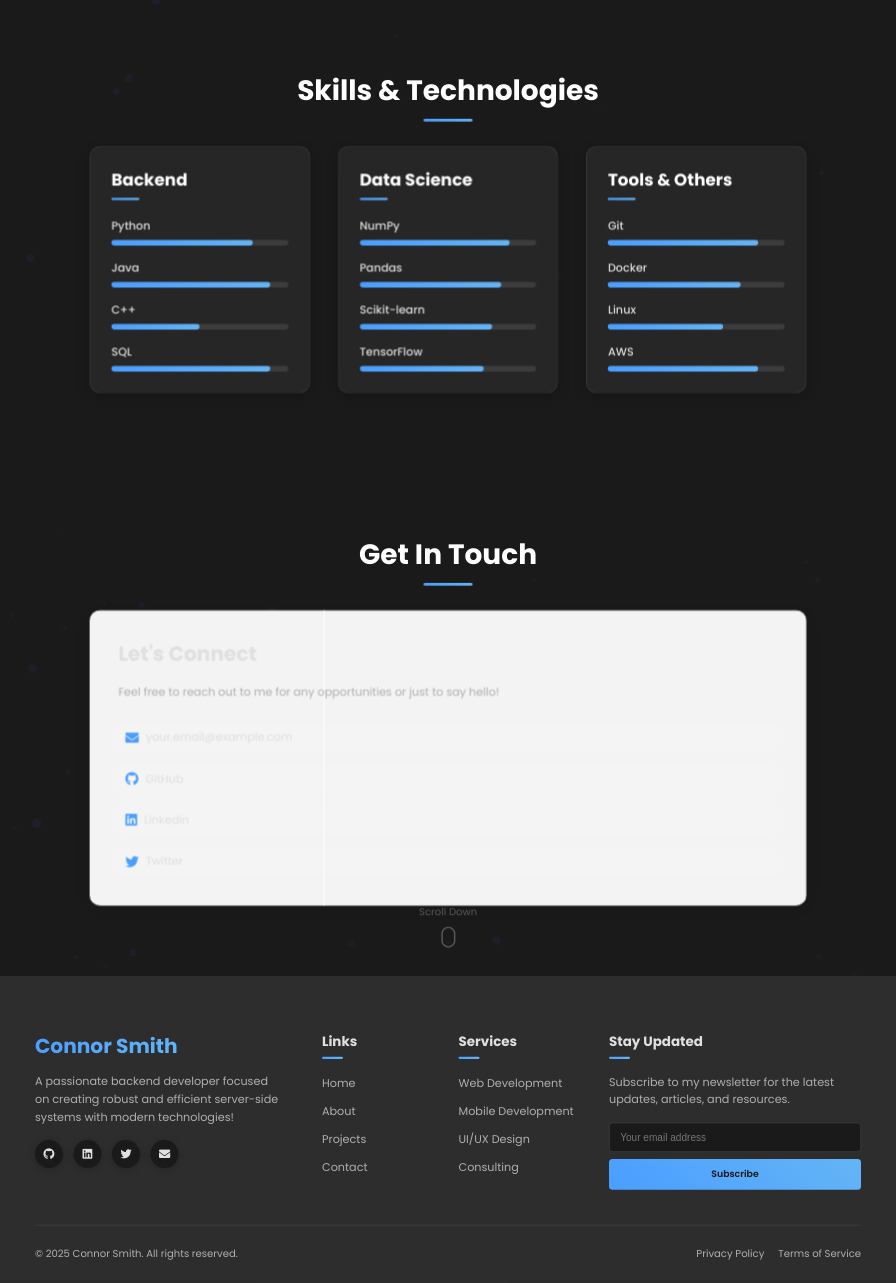
Repository: connorGS9/portfolio-website
Page: /
An editor plug-in stored every save of this project. The page is shown before and after the next save, followed by the edit.
The browser window is 1280 px wide. The pictures show the part of the page from y = 1694 to 3614 px (the page is 3527 px tall before and 3614 px after), at 70% of full size.
The project was rebuilt for these pictures with package versions that can differ from the ones it lists, and the page was loaded fresh each time.

Above is the page before, as saved 2025-06-04 23:07:41.

### public/index.html
<!DOCTYPE html>
<html lang="en">
<head>
  <meta charset="UTF-8" />
  <meta name="viewport" content="width=device-width, initial-scale=1.0" />
  <meta name="description" content="Connor's personal portfolio website showcasing projects and development skills" />
  <title>Connor Smith | Portfolio</title>

  <!-- Font Awesome -->
  <link rel="stylesheet" href="https://cdnjs.cloudflare.com/ajax/libs/font-awesome/5.15.4/css/all.min.css" />

  <!-- Google Fonts -->
  <link rel="preconnect" href="https://fonts.googleapis.com">
  <link rel="preconnect" href="https://fonts.gstatic.com" crossorigin>
  <link href="https://fonts.googleapis.com/css2?family=Poppins:wght@300;400;500;600;700&display=swap" rel="stylesheet">
</head>
<body>
  <noscript>You need to enable JavaScript to run this app.</noscript>
  <div id="root"></div>
</body>
</html>

### src/app.jsx
import React, { useState, useEffect } from 'react';
import { BrowserRouter as Router, Routes, Route } from 'react-router-dom';
import Navbar from './components/Navbar';
import Home from './pages/Home';
import About from './pages/About';
import Projects from './pages/Projects';
import Contact from './pages/Contact';
import Footer from './components/Footer';
import AnimatedCursor from './components/AnimatedCursor';
import BackgroundAnimation from './components/BackgroundAnimation';
import './styles/App.css';

function App() {
  const [isLoading, setIsLoading] = useState(true);

  useEffect(() => {
    // Simulate loading time
    setTimeout(() => {
      setIsLoading(false);
    }, 1500);
  }, []);

  return (
    <Router>
      <div className="app">
        {isLoading ? (
          <div className="loader">
            <div className="loader-content">
              <div className="loader-circle"></div>
              <h2>Loading...</h2>
            </div>
          </div>
        ) : (
          <>
            <AnimatedCursor />
            <BackgroundAnimation />
            <Navbar />
            <main>
              <Routes>
                <Route path="/" element={<Home />} />
                <Route path="/about" element={<About />} />
                <Route path="/projects" element={<Projects />} />
                <Route path="/contact" element={<Contact />} />
              </Routes>
            </main>
            <Footer />
          </>
        )}
      </div>
    </Router>
  );
}

export default App;

### src/components/AnimatedCursor.jsx
import React, { useEffect, useState, useRef } from 'react';
import '../styles/AnimatedCursor.css';

const AnimatedCursor = () => {
  const cursorRef = useRef(null);
  const cursorDotRef = useRef(null);
  const [isVisible, setIsVisible] = useState(false);
  const [isClicked, setIsClicked] = useState(false);
  const [isLinkHovered, setIsLinkHovered] = useState(false);

  useEffect(() => {
    const cursor = cursorRef.current;
    const cursorDot = cursorDotRef.current;

    if (!cursor || !cursorDot) return;

    const onMouseMove = (e) => {
      const clientX = e.clientX;
      const clientY = e.clientY;

      // Position the outer cursor with a slight delay for the trailing effect
      const setPos = () => {
        cursor.style.transform = `translate3d(${clientX}px, ${clientY}px, 0)`;
      };

      // Position the inner dot immediately
      cursorDot.style.transform = `translate3d(${clientX}px, ${clientY}px, 0)`;

      requestAnimationFrame(setPos);

      if (!isVisible) {
        setIsVisible(true);
        cursor.style.opacity = 1;
        cursorDot.style.opacity = 1;
      }
    };

    const onMouseDown = () => {
      setIsClicked(true);
    };

    const onMouseUp = () => {
      setIsClicked(false);
    };

    const onMouseLeave = () => {
      setIsVisible(false);
      cursor.style.opacity = 0;
      cursorDot.style.opacity = 0;
    };

    // Check for interactive elements
    const handleLinkHover = () => {
      setIsLinkHovered(true);
    };

    const handleLinkLeave = () => {
      setIsLinkHovered(false);
    };

    // Add event listeners to links, buttons, and other interactive elements
    const interactiveElements = document.querySelectorAll('a, button, input, textarea, select, [role="button"]');

    interactiveElements.forEach(el => {
      el.addEventListener('mouseenter', handleLinkHover);
      el.addEventListener('mouseleave', handleLinkLeave);
    });

    // Add general mouse event listeners
    document.addEventListener('mousemove', onMouseMove);
    document.addEventListener('mousedown', onMouseDown);
    document.addEventListener('mouseup', onMouseUp);
    document.addEventListener('mouseleave', onMouseLeave);

    // Cleanup
    return () => {
      document.removeEventListener('mousemove', onMouseMove);
      document.removeEventListener('mousedown', onMouseDown);
      document.removeEventListener('mouseup', onMouseUp);
      document.removeEventListener('mouseleave', onMouseLeave);

      interactiveElements.forEach(el => {
        el.removeEventListener('mouseenter', handleLinkHover);
        el.removeEventListener('mouseleave', handleLinkLeave);
      });
    };
  }, [isVisible, isClicked, isLinkHovered]);

  return (
    <>
      <div
        ref={cursorRef}
        className={`cursor ${isClicked ? 'cursor--clicked' : ''} ${isLinkHovered ? 'cursor--link-hovered' : ''}`}
      />
      <div
        ref={cursorDotRef}
        className={`cursor-dot ${isClicked ? 'cursor-dot--clicked' : ''} ${isLinkHovered ? 'cursor-dot--link-hovered' : ''}`}
      />
    </>
  );
};

export default AnimatedCursor;

### src/components/BackgroundAnimation.jsx
import React, { useEffect, useRef } from 'react';
import '../styles/BackgroundAnimation.css';

const BackgroundAnimation = () => {
  const canvasRef = useRef(null);

  useEffect(() => {
    const canvas = canvasRef.current;
    const ctx = canvas.getContext('2d');
    let animationFrameId;
    let particles = [];

    // Particle class
    class Particle {
      constructor() {
        this.x = Math.random() * canvas.width;
        this.y = Math.random() * canvas.height;
        this.size = Math.random() * 3 + 1;
        this.speedX = Math.random() * 0.5 - 0.25;
        this.speedY = Math.random() * 0.5 - 0.25;
        this.color = `rgba(74, 158, 255, ${Math.random() * 0.2 + 0.1})`;
      }

      update() {
        this.x += this.speedX;
        this.y += this.speedY;

        if (this.x < 0 || this.x > canvas.width) this.speedX *= -1;
        if (this.y < 0 || this.y > canvas.height) this.speedY *= -1;
      }

      draw() {
        ctx.fillStyle = this.color;
        ctx.beginPath();
        ctx.arc(this.x, this.y, this.size, 0, Math.PI * 2);
        ctx.fill();
      }
    }

    // Set canvas dimensions
    const resizeCanvas = () => {
      canvas.width = window.innerWidth;
      canvas.height = window.innerHeight;
      initParticles();
    };

    window.addEventListener('resize', resizeCanvas);
    resizeCanvas();

    // Initialize particles
    function initParticles() {
      particles = [];
      const particleCount = Math.floor((canvas.width * canvas.height) / 15000);

      for (let i = 0; i < particleCount; i++) {
        particles.push(new Particle());
      }
    }

    // Connect particles with lines
    function connectParticles() {
      const maxDistance = 150;

      for (let i = 0; i < particles.length; i++) {
        for (let j = i; j < particles.length; j++) {
          const dx = particles[i].x - particles[j].x;
          const dy = particles[i].y - particles[j].y;
          const distance = Math.sqrt(dx * dx + dy * dy);

          if (distance < maxDistance) {
            const opacity = 1 - (distance / maxDistance);
            ctx.strokeStyle = `rgba(74, 158, 255, ${opacity * 0.2})`;
            ctx.lineWidth = 1;
            ctx.beginPath();
            ctx.moveTo(particles[i].x, particles[i].y);
            ctx.lineTo(particles[j].x, particles[j].y);
            ctx.stroke();
          }
        }
      }
    }

    // Animation loop
    function animate() {
      ctx.clearRect(0, 0, canvas.width, canvas.height);

      for (let i = 0; i < particles.length; i++) {
        particles[i].update();
        particles[i].draw();
      }

      connectParticles();
      animationFrameId = requestAnimationFrame(animate);
    }

    animate();

    // Cleanup
    return () => {
      window.removeEventListener('resize', resizeCanvas);
      cancelAnimationFrame(animationFrameId);
    };
  }, []);

  return (
    <div className="background-animation">
      <canvas ref={canvasRef}></canvas>
    </div>
  );
};

export default BackgroundAnimation;

### src/styles/App.css
@import url('https://fonts.googleapis.com/css2?family=Poppins:wght@300;400;500;600;700&display=swap');
@import url('https://cdnjs.cloudflare.com/ajax/libs/font-awesome/5.15.4/css/all.min.css');

:root {
  --primary-color: #4a9eff;
  --secondary-color: #64b5f6;
  --dark-color: #1a1a1a;
  --light-color: #2d2d2d;
  --text-color: #e0e0e0;
  --light-text-color: #b0b0b0;
  --border-color: #404040;
  --box-shadow: 0 5px 20px rgba(0, 0, 0, 0.3);
  --transition: all 0.3s ease;
}

* {
  margin: 0;
  padding: 0;
  box-sizing: border-box;
}

html {
  scroll-behavior: smooth;
}

body {
  font-family: 'Poppins', sans-serif;
  color: var(--text-color);
  line-height: 1.5;
  background-color: var(--dark-color);
  overflow-x: hidden;
}

a {
  text-decoration: none;
  color: inherit;
}

img {
  max-width: 100%;
  height: auto;
}

button {
  cursor: pointer;
  font-family: inherit;
}

/* Common classes */
.section {
  padding: 100px 10%;
}

.container {
  max-width: 1400px;
  margin: 0 auto;
  padding: 0 50px;
}

.gradient-text {
  background: linear-gradient(120deg, var(--primary-color), var(--secondary-color));
  background-clip: text;
  -webkit-background-clip: text;
  -webkit-text-fill-color: transparent;
  color: transparent;
}

.gradient-bg {
  background: linear-gradient(45deg, var(--primary-color), var(--secondary-color));
}

.btn {
  display: inline-block;
  padding: 12px 30px;
  border-radius: 30px;
  font-weight: 600;
  text-decoration: none;
  transition: var(--transition);
  position: relative;
  overflow: hidden;
  z-index: 1;
}

.btn-primary {
  background: linear-gradient(45deg, var(--primary-color), var(--secondary-color));
  color: white;
  box-shadow: 0 5px 15px rgba(110, 114, 252, 0.4);
}

.btn-secondary {
  background: transparent;
  color: var(--dark-color);
  border: 2px solid var(--primary-color);
}

.btn:hover {
  transform: translateY(-3px);
  box-shadow: 0 8px 20px rgba(0, 0, 0, 0.2);
}

.btn-primary:hover {
  background: linear-gradient(45deg, #5a5cfa, #9b19d9);
}

.btn-secondary:hover {
  background: rgba(110, 114, 252, 0.1);
}

/* Loading Animation */
.loader {
  position: fixed;
  top: 0;
  left: 0;
  width: 100%;
  height: 100%;
  background-color: var(--dark-color);
  display: flex;
  justify-content: center;
  align-items: center;
  z-index: 1000;
}

.loader-content {
  display: flex;
  flex-direction: column;
  align-items: center;
}

.loader-circle {
  width: 60px;
  height: 60px;
  border: 4px solid var(--light-color);
  border-top: 4px solid var(--primary-color);
  border-radius: 50%;
  animation: spin 1s linear infinite;
  margin-bottom: 20px;
}

@keyframes spin {
  0% { transform: rotate(0deg); }
  100% { transform: rotate(360deg); }
}

.loader h2 {
  color: var(--primary-color);
  font-size: 1.5rem;
  font-weight: 500;
}

/* Main Content Styles */
main {
  min-height: 100vh;
  padding-top: 80px; /* For fixed navbar */
}

/* Responsive Styles */
@media (max-width: 992px) {
  .container {
    padding: 0 30px;
  }

  .section {
    padding: 80px 5%;
  }
}

@media (max-width: 768px) {
  .container {
    padding: 0 20px;
  }

  .section {
    padding: 60px 5%;
  }

  .btn {
    padding: 10px 25px;
  }
}

@media (max-width: 480px) {
  .section {
    padding: 50px 5%;
  }

  h1, h2, h3 {
    font-size: 90%;
  }

  .btn {
    padding: 8px 20px;
    font-size: 0.9rem;
  }
}

### src/styles/Footer.css
.footer {
    background-color: var(--light-color);
    padding: 80px 0 30px;
    position: relative;
  }

  .footer__container {
    max-width: 1400px;
    margin: 0 auto;
    padding: 0 50px;
  }

  .footer__top {
    display: grid;
    grid-template-columns: 1fr 1fr 1fr;
    gap: 50px;
    margin-bottom: 50px;
  }

  .footer__info {
    max-width: 350px;
  }

  .footer__logo {
    font-size: 1.8rem;
    font-weight: 700;
    color: var(--text-color);
    text-decoration: none;
    background: linear-gradient(120deg, var(--primary-color), var(--secondary-color));
    background-clip: text;
    -webkit-background-clip: text;
    -webkit-text-fill-color: transparent;
    color: transparent;
    display: inline-block;
    margin-bottom: 15px;
  }

  .footer__description {
    color: var(--light-text-color);
    line-height: 1.6;
    margin-bottom: 20px;
  }

  .footer__social {
    display: flex;
    gap: 15px;
  }

  .footer__social a {
    display: flex;
    align-items: center;
    justify-content: center;
    width: 40px;
    height: 40px;
    background-color: var(--dark-color);
    border-radius: 50%;
    color: var(--text-color);
    transition: all 0.3s ease;
    box-shadow: 0 2px 10px rgba(0, 0, 0, 0.2);
  }

  .footer__social a:hover {
    background: linear-gradient(120deg, var(--primary-color), var(--secondary-color));
    color: var(--dark-color);
    transform: translateY(-3px);
    box-shadow: 0 5px 15px rgba(74, 158, 255, 0.4);
  }

  .footer__links {
    display: grid;
    grid-template-columns: repeat(2, 1fr);
    gap: 30px;
  }

  .footer__links-title {
    font-size: 1.2rem;
    margin-bottom: 20px;
    color: var(--text-color);
    position: relative;
    padding-bottom: 10px;
  }

  .footer__links-title::after {
    content: '';
    position: absolute;
    bottom: 0;
    left: 0;
    width: 30px;
    height: 3px;
    background: linear-gradient(120deg, var(--primary-color), var(--secondary-color));
    border-radius: 1.5px;
  }

  .footer__links-list {
    list-style: none;
    padding: 0;
    margin: 0;
  }

  .footer__links-list li {
    margin-bottom: 10px;
  }

  .footer__links-list a {
    color: var(--light-text-color);
    text-decoration: none;
    transition: color 0.3s ease;
    display: inline-block;
    padding: 3px 0;
  }

  .footer__links-list a:hover {
    color: var(--primary-color);
  }

  .footer__newsletter-title {
    font-size: 1.2rem;
    margin-bottom: 20px;
    color: var(--text-color);
    position: relative;
    padding-bottom: 10px;
  }

  .footer__newsletter-title::after {
    content: '';
    position: absolute;
    bottom: 0;
    left: 0;
    width: 30px;
    height: 3px;
    background: linear-gradient(120deg, var(--primary-color), var(--secondary-color));
    border-radius: 1.5px;
  }

  .footer__newsletter-description {
    color: var(--light-text-color);
    line-height: 1.6;
    margin-bottom: 20px;
  }

  .footer__newsletter-form {
    display: flex;
    flex-direction: column;
    gap: 10px;
  }

  .footer__newsletter-input {
    padding: 12px 15px;
    border-radius: 5px;
    border: 1px solid var(--border-color);
    background-color: var(--dark-color);
    color: var(--text-color);
    font-size: 0.9rem;
    outline: none;
    transition: border-color 0.3s ease;
  }

  .footer__newsletter-input:focus {
    border-color: var(--primary-color);
  }

  .footer__newsletter-button {
    background: linear-gradient(45deg, var(--primary-color), var(--secondary-color));
    color: var(--dark-color);
    border: none;
    border-radius: 5px;
    padding: 12px 20px;
    font-weight: 600;
    cursor: pointer;
    transition: all 0.3s ease;
  }

  .footer__newsletter-button:hover {
    transform: translateY(-3px);
    box-shadow: 0 5px 15px rgba(74, 158, 255, 0.4);
  }

  .footer__bottom {
    display: flex;
    justify-content: space-between;
    align-items: center;
    padding-top: 30px;
    border-top: 1px solid var(--border-color);
  }

  .footer__copyright {
    color: var(--light-text-color);
    font-size: 0.9rem;
  }

  .footer__bottom-links {
    display: flex;
    gap: 20px;
  }

  .footer__bottom-links a {
    color: var(--light-text-color);
    font-size: 0.9rem;
    text-decoration: none;
    transition: color 0.3s ease;
  }

  .footer__bottom-links a:hover {
    color: var(--primary-color);
  }

  /* Responsive Styles */
  @media (max-width: 992px) {
    .footer__container {
      padding: 0 30px;
    }

    .footer__top {
      grid-template-columns: 1fr 1fr;
    }

    .footer__newsletter {
      grid-column: span 2;
    }
  }

  @media (max-width: 768px) {
    .footer__top {
      grid-template-columns: 1fr;
      gap: 40px;
    }

    .footer__info,
    .footer__links,
    .footer__newsletter {
      max-width: 100%;
      grid-column: span 1;
    }

    .footer__links {
      grid-template-columns: 1fr;
    }

    .footer__bottom {
      flex-direction: column;
      gap: 15px;
      text-align: center;
    }
  }

  @media (max-width: 480px) {
    .footer__container {
      padding: 0 20px;
    }

    .footer {
      padding: 60px 0 20px;
    }
  }

### src/styles/AnimatedCursor.css
body {
    cursor: none;
  }

  /* But keep default cursor on touch devices */
  @media (pointer: coarse) {
    body {
      cursor: auto;
    }

    .cursor, .cursor-dot {
      display: none;
    }
  }

  /* Custom cursor styles */
  .cursor {
    position: fixed;
    width: 40px;
    height: 40px;
    pointer-events: none;
    z-index: 999;
    opacity: 0;
    mix-blend-mode: difference;
  }

  .cursor::before,
  .cursor::after {
    content: '';
    position: absolute;
    background-color: #4a9eff;
    opacity: 0.8;
  }

  .cursor::before {
    width: 2px;
    height: 20px;
    left: 50%;
    top: 50%;
    transform: translate(-50%, -50%);
  }

  .cursor::after {
    width: 20px;
    height: 2px;
    left: 50%;
    top: 50%;
    transform: translate(-50%, -50%);
  }


  /* Cursor states */
  .cursor--clicked::before,
  .cursor--clicked::after {
    opacity: 0.5;
    transform: translate(-50%, -50%) scale(0.8);
  }

  .cursor--link-hovered::before,
  .cursor--link-hovered::after {
    opacity: 1;
    transform: translate(-50%, -50%) scale(1.2);
  }

### src/styles/BackgroundAnimation.css
.background-animation {
    position: fixed;
    top: 0;
    left: 0;
    width: 100%;
    height: 100%;
    z-index: -1;
    opacity: 0.6;
  }

  .background-animation canvas {
    display: block;
  }

Loaded but not shown: src/index.js (10 lines, source omitted); src/pages/Home.jsx (303 lines, source omitted); src/styles/Home.css (562 lines, source omitted); src/components/Footer.jsx (106 lines, source omitted); src/styles/Navbar.css (201 lines, source omitted); src/components/Navbar.jsx (121 lines, source omitted); src/pages/About.jsx (empty); src/pages/Projects.jsx (empty); src/pages/Contact.jsx (empty)

After the next save:
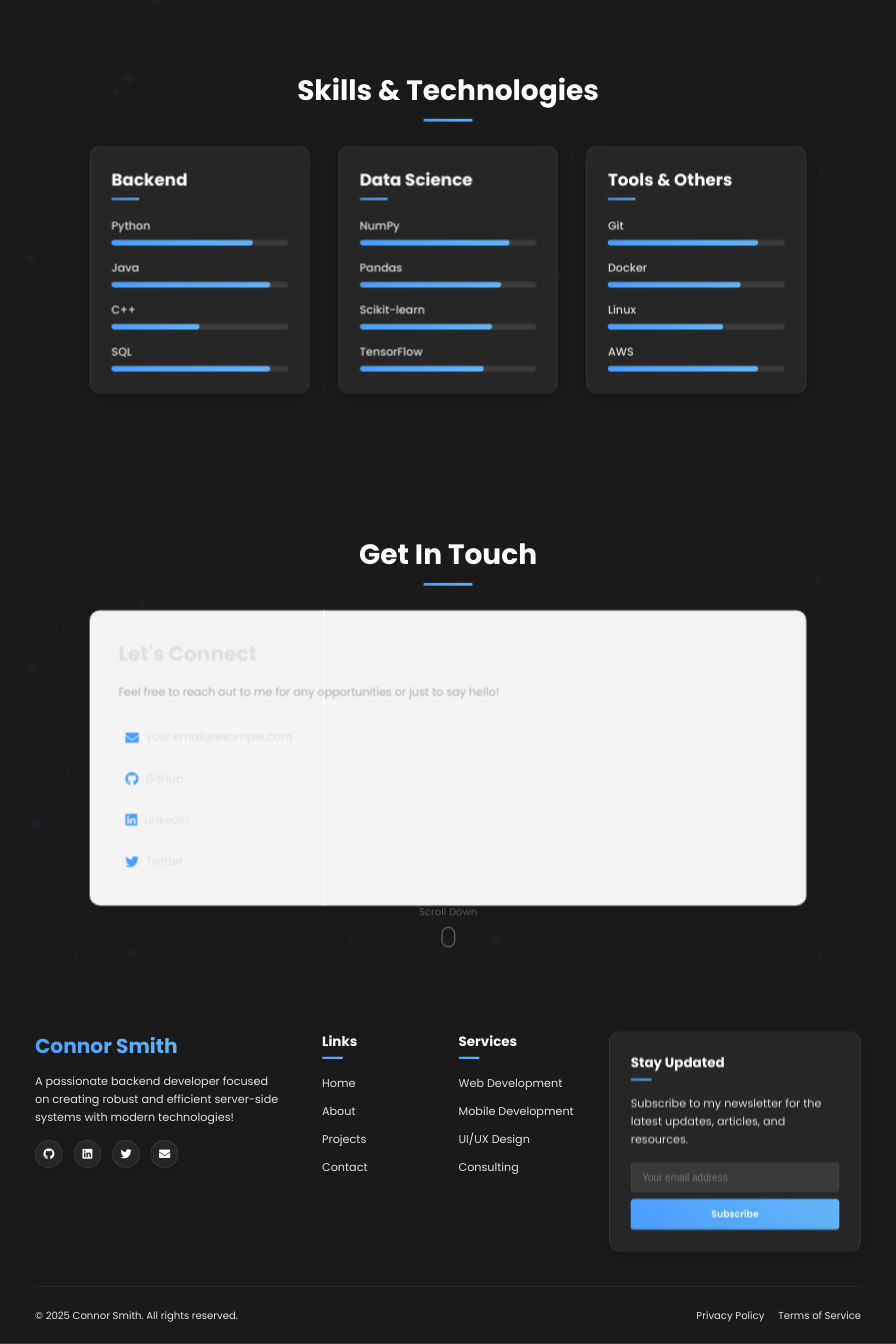
Saved 26 s later.
--- a/src/styles/Footer.css
+++ b/src/styles/Footer.css
@@ -1,7 +1,11 @@
 .footer {
-    background-color: var(--light-color);
+    background-color: transparent;
     padding: 80px 0 30px;
     position: relative;
+  }
+
+  .footer.dark-theme {
+    background-color: transparent;
   }
 
   .footer__container {
@@ -24,7 +28,7 @@
   .footer__logo {
     font-size: 1.8rem;
     font-weight: 700;
-    color: var(--text-color);
+    color: #ffffff;
     text-decoration: none;
     background: linear-gradient(120deg, var(--primary-color), var(--secondary-color));
     background-clip: text;
@@ -36,7 +40,7 @@
   }
 
   .footer__description {
-    color: var(--light-text-color);
+    color: #e0e0e0;
     line-height: 1.6;
     margin-bottom: 20px;
   }
@@ -52,16 +56,17 @@
     justify-content: center;
     width: 40px;
     height: 40px;
-    background-color: var(--dark-color);
+    background-color: rgba(40, 40, 40, 0.95);
     border-radius: 50%;
-    color: var(--text-color);
+    color: #ffffff;
     transition: all 0.3s ease;
     box-shadow: 0 2px 10px rgba(0, 0, 0, 0.2);
+    border: 1px solid rgba(255, 255, 255, 0.1);
   }
 
   .footer__social a:hover {
     background: linear-gradient(120deg, var(--primary-color), var(--secondary-color));
-    color: var(--dark-color);
+    color: #ffffff;
     transform: translateY(-3px);
     box-shadow: 0 5px 15px rgba(74, 158, 255, 0.4);
   }
@@ -75,7 +80,7 @@
   .footer__links-title {
     font-size: 1.2rem;
     margin-bottom: 20px;
-    color: var(--text-color);
+    color: #ffffff;
     position: relative;
     padding-bottom: 10px;
   }
@@ -102,7 +107,7 @@
   }
 
   .footer__links-list a {
-    color: var(--light-text-color);
+    color: #e0e0e0;
     text-decoration: none;
     transition: color 0.3s ease;
     display: inline-block;
@@ -113,10 +118,19 @@
     color: var(--primary-color);
   }
 
+  .footer__newsletter {
+    background: rgba(40, 40, 40, 0.95);
+    backdrop-filter: blur(10px);
+    padding: 30px;
+    border-radius: 15px;
+    box-shadow: 0 5px 20px rgba(0, 0, 0, 0.2);
+    border: 1px solid rgba(255, 255, 255, 0.1);
+  }
+
   .footer__newsletter-title {
     font-size: 1.2rem;
     margin-bottom: 20px;
-    color: var(--text-color);
+    color: #ffffff;
     position: relative;
     padding-bottom: 10px;
   }
@@ -133,7 +147,7 @@
   }
 
   .footer__newsletter-description {
-    color: var(--light-text-color);
+    color: #e0e0e0;
     line-height: 1.6;
     margin-bottom: 20px;
   }
@@ -147,9 +161,9 @@
   .footer__newsletter-input {
     padding: 12px 15px;
     border-radius: 5px;
-    border: 1px solid var(--border-color);
-    background-color: var(--dark-color);
-    color: var(--text-color);
+    border: 1px solid rgba(255, 255, 255, 0.1);
+    background-color: rgba(60, 60, 60, 0.95);
+    color: #ffffff;
     font-size: 0.9rem;
     outline: none;
     transition: border-color 0.3s ease;
@@ -161,7 +175,7 @@
 
   .footer__newsletter-button {
     background: linear-gradient(45deg, var(--primary-color), var(--secondary-color));
-    color: var(--dark-color);
+    color: #ffffff;
     border: none;
     border-radius: 5px;
     padding: 12px 20px;
@@ -180,11 +194,11 @@
     justify-content: space-between;
     align-items: center;
     padding-top: 30px;
-    border-top: 1px solid var(--border-color);
+    border-top: 1px solid rgba(255, 255, 255, 0.1);
   }
 
   .footer__copyright {
-    color: var(--light-text-color);
+    color: #e0e0e0;
     font-size: 0.9rem;
   }
 
@@ -194,7 +208,7 @@
   }
 
   .footer__bottom-links a {
-    color: var(--light-text-color);
+    color: #e0e0e0;
     font-size: 0.9rem;
     text-decoration: none;
     transition: color 0.3s ease;
